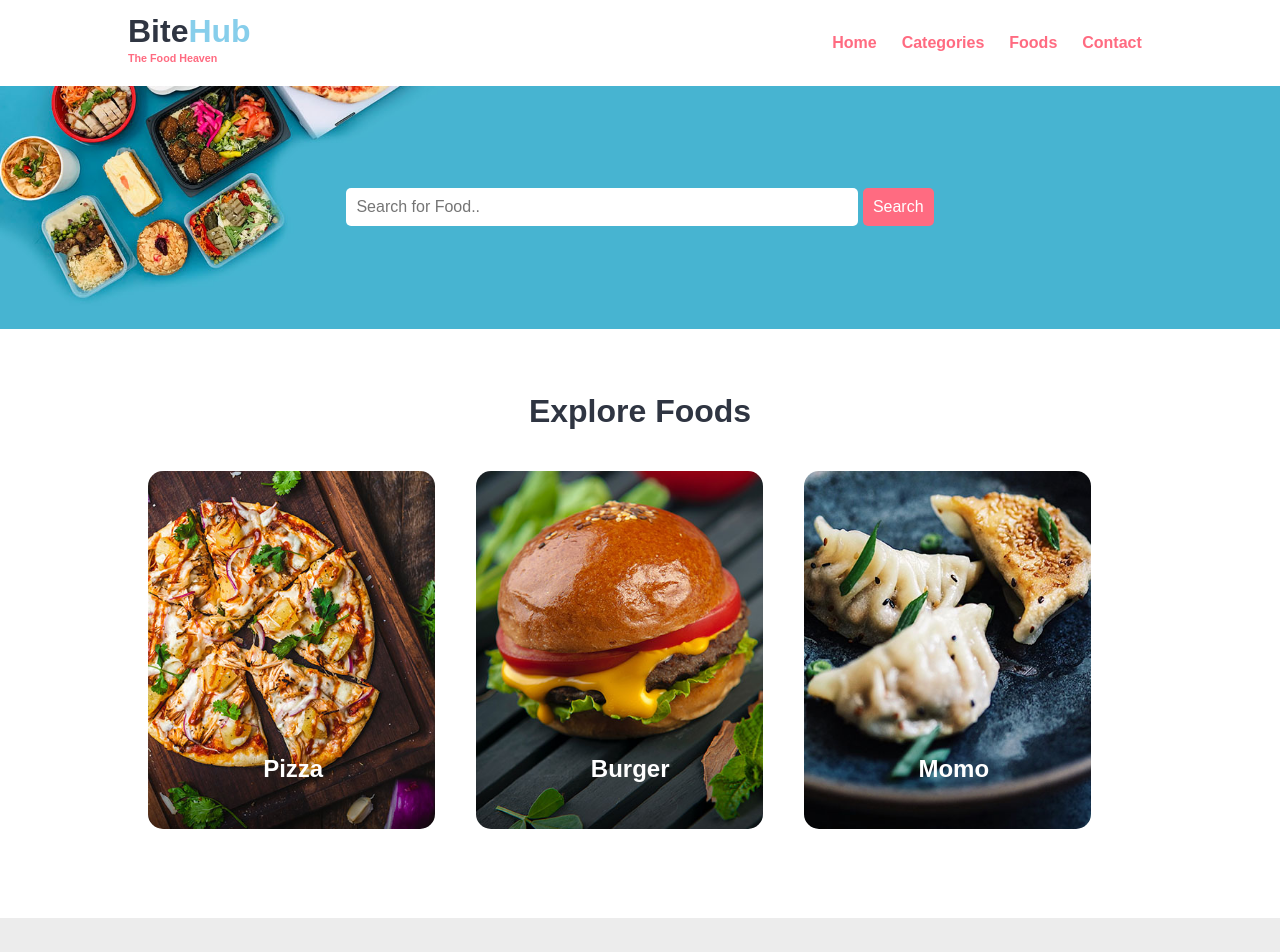
Repository: Saviour-Dagadu/food-order-front
Page: index.html
These files come from the project's save history. The page is drawn as it stood at one moment and after the next save; the edit follows.
The browser window is 1280 px wide. The pictures show the part of the page from y = 0 to 952 px (the page is 2170 px tall).
A picture or video elsewhere on the page could not be fetched, so the positions and the page height are approximate.

Above is the page before, as saved 2024-05-16 11:15:31.

### index.html
<!DOCTYPE html>
<html lang="en">
<head>
    <meta charset="UTF-8">
    <!-- Important to make website responsive -->
    <meta name="viewport" content="width=device-width, initial-scale=1.0">
    <title>Restaurant Website</title>

    <!-- Link our CSS file -->
    <link rel="stylesheet" href="css/style.css">
</head>

<body>
    <!-- Navbar Section Starts Here -->
    <section class="navbar">
        <div class="container">
            <div class="logo">
                <a href="#" title="Logo">
                    <h2>Bite<span>Hub</span></h2><h6><span>The Food Heaven</span></h6>
                    <!-- <img src="images/logo.png" alt="Restaurant Logo" class="img-responsive"> -->
                </a>
            </div>

            <div class="menu text-right">
                <ul>
                    <li>
                        <a href="index.html">Home</a>
                    </li>
                    <li>
                        <a href="categories.html">Categories</a>
                    </li>
                    <li>
                        <a href="foods.html">Foods</a>
                    </li>
                    <li>
                        <a href="contact.html">Contact</a>
                    </li>
                </ul>
            </div>

            <div class="clearfix"></div>
        </div>
    </section>
    <!-- Navbar Section Ends Here -->

    <!-- fOOD sEARCH Section Starts Here -->
    <section class="food-search text-center">
        <div class="container">

            <form action="underConstruction.html" method="POST">
                <input type="search" name="search" placeholder="Search for Food.." required>
                <input type="submit" name="submit" value="Search" class="btn btn-primary">
            </form>

        </div>
    </section>
    <!-- fOOD sEARCH Section Ends Here -->

    <!-- CAtegories Section Starts Here -->
    <section class="categories">
        <div class="container">
            <h2 class="text-center">Explore Foods</h2>

            <a href="category-foods.html">
            <div class="box-3 float-container">
                <img src="images/pizza.jpg" alt="Pizza" class="img-responsive img-curve">

                <h3 class="float-text text-white">Pizza</h3>
            </div>
            </a>

            <a href="#">
            <div class="box-3 float-container">
                <img src="images/burger.jpg" alt="Burger" class="img-responsive img-curve">

                <h3 class="float-text text-white">Burger</h3>
            </div>
            </a>

            <a href="#">
            <div class="box-3 float-container">
                <img src="images/momo.jpg" alt="Momo" class="img-responsive img-curve">

                <h3 class="float-text text-white">Momo</h3>
            </div>
            </a>

            <div class="clearfix"></div>
        </div>
    </section>
    <!-- Categories Section Ends Here -->

    <!-- fOOD MEnu Section Starts Here -->
    <section class="food-menu">
        <div class="container">
            <h2 class="text-center">Food Menu</h2>

            <div class="food-menu-box">
                <div class="food-menu-img">
                    <img src="images/menu-pizza.jpg" alt="Chicke Hawain Pizza" class="img-responsive img-curve">
                </div>

                <div class="food-menu-desc">
                    <h4>Pizza</h4>
                    <p class="food-price">Ghc 50</p>
                    <p class="food-detail">
                        Made with Italian Sauce, Chicken, and organice vegetables.
                    </p>
                    <br>

                    <a href="order.html" class="btn btn-primary">Order Now</a>
                </div>
            </div>

            <div class="food-menu-box">
                <div class="food-menu-img">
                    <img src="images/menu-burger.jpg" alt="Chicke Hawain Pizza" class="img-responsive img-curve">
                </div>

                <div class="food-menu-desc">
                    <h4>Smoky Burger</h4>
                    <p class="food-price">Ghc 20</p>
                    <p class="food-detail">
                        Made with Italian Sauce, Chicken, and organice vegetables.
                    </p>
                    <br>

                    <a href="order.html" class="btn btn-primary">Order Now</a>
                </div>
            </div>

            <div class="food-menu-box">
                <div class="food-menu-img">
                    <img src="images/menu-burger.jpg" alt="Chicke Hawain Burger" class="img-responsive img-curve">
                </div>

                <div class="food-menu-desc">
                    <h4>Nice Burger</h4>
                    <p class="food-price">Ghc 20</p>
                    <p class="food-detail">
                        Made with Italian Sauce, Chicken, and organize vegetables.
                    </p>
                    <br>

                    <a href="order.html" class="btn btn-primary">Order Now</a>
                </div>
            </div>



            <!-- <div class="food-menu-box">
                <div class="food-menu-img">
                    <img src="images/menu-pizza.jpg" alt="Chicke Hawain Pizza" class="img-responsive img-curve">
                </div>

                <div class="food-menu-desc">
                    <h4>Food Title</h4>
                    <p class="food-price">$2.3</p>
                    <p class="food-detail">
                        Made with Italian Sauce, Chicken, and organice vegetables.
                    </p>
                    <br>

                    <a href="order.html" class="btn btn-primary">Order Now</a>
                </div>
            </div> -->

            <div class="food-menu-box">
                <div class="food-menu-img">
                    <img src="images/menu-momo.jpg" alt="Chicke Hawain Momo" class="img-responsive img-curve">
                </div>

                <div class="food-menu-desc">
                    <h4>Chicken Steam Momo</h4>
                    <p class="food-price">Ghc 50</p>
                    <p class="food-detail">
                        Made with Italian Sauce, Chicken, and organice vegetables.
                    </p>
                    <br>

                    <a href="order.html" class="btn btn-primary">Order Now</a>
                </div>
            </div>


            <div class="clearfix"></div>



        </div>

        <p class="text-center">
            <a href="#">See All Foods</a>
        </p>
    </section>
    <!-- fOOD Menu Section Ends Here -->

    <!-- social Section Starts Here -->
<section class="social">
	<div class="container text-center">
		<ul>
			<li>
				<a href="https://www.facebook.com/saviou/"><img src="https://img.icons8.com/fluent/50/000000/facebook-new.png"/></a>
			</li>
			<li>
				<a href="https://www.instagram.com/saviour_dagadu/"><img src="https://img.icons8.com/fluent/48/000000/instagram-new.png"/></a>
			</li>
			<li>
				<a href="https://twitter.com/savicode"><img src="https://img.icons8.com/fluent/48/000000/twitter.png"/></a>
			</li>
		</ul>
	</div>
</section>
<!-- social Section Ends Here -->

<!-- footer Section Starts Here -->
<section class="footer">
	<div class="container text-center">
		<p>All rights reserved. Designed By <a href="https://saviourdagadu.netlify.app/">@savicode</a></p>
	</div>
</section>
<!-- footer Section Ends Here -->

</body>
</html>

### css/style.css
/*
    Author: Vijay Thapa;
    Theme: Restaurant Food Order;
    version: 1.0;
*/

/* CSS for All */
*{
    margin: 0 0;
    padding: 0 0;
    font-family: Arial, Helvetica, sans-serif;
}
.container{
    width: 80%;
    margin: 0 auto;
    padding: 1%;
}
.img-responsive{
    width: 100%;
}
.img-curve{
    border-radius: 15px;
}

.text-right{
    text-align: right;
}
.text-center{
    text-align: center;
}
.text-left{
    text-align: left;
}
.text-white{
    color: white;
}

.clearfix{
    clear: both;
    float: none;
}

a{
    color: #ff6b81;
    text-decoration: none;
}
a:hover{
    color: #ff4757;
}

.btn{
    padding: 1%;
    border: none;
    font-size: 1rem;
    border-radius: 5px;
}
.btn-primary{
    background-color: #ff6b81;
    color: white;
    cursor: pointer;
}
.btn-primary:hover{
    color: white;
    background-color: #ff4757;
}
h2{
    color: #2f3542;
    font-size: 2rem;
    margin-bottom: 2%;
}
h3{
    font-size: 1.5rem;
}
.float-container{
    position: relative;
}
.float-text{
    position: absolute;
    bottom: 50px;
    left: 40%;
}
fieldset{
    border: 1px solid white;
    margin: 5%;
    padding: 3%;
    border-radius: 5px;
}


/* CSSS for navbar section */

.logo{
    width: 10%;
    float: left;
}
.logo h2 span{
    color: skyblue;
}
.menu{
    line-height: 60px;
}
.menu ul{
    list-style-type: none;
}

.menu ul li{
    display: inline;
    padding: 1%;
    font-weight: bold;
}


/* CSS for Food SEarch Section */

.food-search{
    background-image: url(../images/bg.jpg);
    background-size: cover;
    background-repeat: no-repeat;
    background-position: center;
    padding: 7% 0;
}

.food-search input[type="search"]{
    width: 50%;
    padding: 1%;
    font-size: 1rem;
    border: none;
    border-radius: 5px;
}


/* CSS for Categories */
.categories{
    padding: 4% 0;
}

.box-3{
    width: 28%;
    float: left;
    margin: 2%;
}


/* CSS for Food Menu */
.food-menu{
    background-color: #ececec;
    padding: 4% 0;
}
.food-menu-box{
    width: 43%;
    margin: 1%;
    padding: 2%;
    float: left;
    background-color: white;
    border-radius: 15px;
}

.food-menu-img{
    width: 20%;
    float: left;
}

.food-menu-desc{
    width: 70%;
    float: left;
    margin-left: 8%;
}

.food-price{
    font-size: 1.2rem;
    margin: 2% 0;
}
.food-detail{
    font-size: 1rem;
    color: #747d8c;
}


/* CSS for Social */
.social ul{
    list-style-type: none;
}
.social ul li{
    display: inline;
    padding: 1%;
}

/* for Order Section */
.order{
    width: 50%;
    margin: 0 auto;
}
.input-responsive{
    width: 96%;
    padding: 1%;
    margin-bottom: 3%;
    border: none;
    border-radius: 5px;
    font-size: 1rem;
}
.order-label{
    margin-bottom: 1%;
    font-weight: bold;
}

/* Contact Section*/

#info{
    padding: 30px 0;
}

#info .container{
     display: flex;
}

#info .info{
    width: 28%;
    height: 300px;
    border-radius: 10px;
    overflow: hidden;

}

#info .info-text{
    border: 1px solid lightgray;
    padding: 10px;
}

#info .info-text h4{
    margin: 5px;
}

#info .info-text .info-text-call{
    margin-bottom: 20px;
}

#info .info-image{
margin-right: 10px;
overflow: hidden;
box-shadow: 0 0 5px #333;
transform: scale (1.04);
transition: all .4s ease-in-out;
}

#info .info-image:hover{
transform: translateY(-15px) scale(1.1);
box-shadow: 0 0 10px #333;
}
#info .info-image img{
max-width: 100%;
height: auto
}

#info .info-image:hover .info-image img{
opacity: 1;
}

       /* message Section */
#message{
    padding: 30px 0;
    background-color: lightgray;
}

#message .message-top{
    text-align: center;
    margin-bottom: 20px;
}

#message .message-top h3{
    text-transform: uppercase;
    margin: 0;
}

#message .message-top h3::after{
    content: "";
    display: block;
    width: 50px;
    height: 3px;
    background-color: gray;
    margin: 10px auto 0;
}

#message .message-bottom{
    color: black;
}

#message .message-bottom label{
    display: block;
    font-size: 17px;
    font-weight: 500;
    margin-bottom: 5px;
}

#message .message-bottom .form-group{
    margin-bottom: 10px;
}

#message .message-bottom .input{
    display: block;
    height: 40px;
    border-radius: 5px;
    border: 1px solid brown;
    padding-left: 10px;
    padding-right: 10px;
    width: 100%;
    font-size: 15px;
    font-family: 'Segoe UI', Tahoma, Geneva, Verdana, Sans-serif;
}

#message .message-bottom input,
#message .message-bottom textarea,
#message .message-bottom button{
    outline: none;
}

#message  textarea{
    width: 100%;
    height: 200px;
    border-radius: 5px;
    border: 1px solid brown;
    background-color: white;
    padding: 5px 10px;
    font: 15px 'Segoe UI', Tahoma, Geneva, Verdana, Sans-serif;
}

#message .message-bottom .btn{
    padding: 10px 20px;
    background-color: brown;
    text-transform: uppercase;
    font: 15px 'Segoe UI', Tahoma, Geneva, Verdana, Sans-serif;
    border: none;
    border-radius: 5px;
    font-weight: 500;
    color: #fff;
    cursor: pointer;
}


/* CSS for Mobile Size or Smaller Screen */

@media only screen and (max-width:768px){
    .logo{
        width: 80%;
        float: none;
        margin: 1% auto;
    }

    .menu ul{
        text-align: center;
    }

    .food-search input[type="search"]{
        width: 90%;
        padding: 2%;
        margin-bottom: 3%;
    }

    .btn{
        width: 91%;
        padding: 2%;
    }

    .food-search{
        padding: 10% 0;
    }

    .categories{
        padding: 20% 0;
    }
    h2{
        margin-bottom: 10%;
    }
    .box-3{
        width: 100%;
        margin: 4% auto;
    }

    .food-menu{
        padding: 20% 0;
    }

    .food-menu-box{
        width: 90%;
        padding: 5%;
        margin-bottom: 5%;
    }
    .social{
        padding: 5% 0;
    }
    .order{
        width: 100%;
    }
}

After the next save:
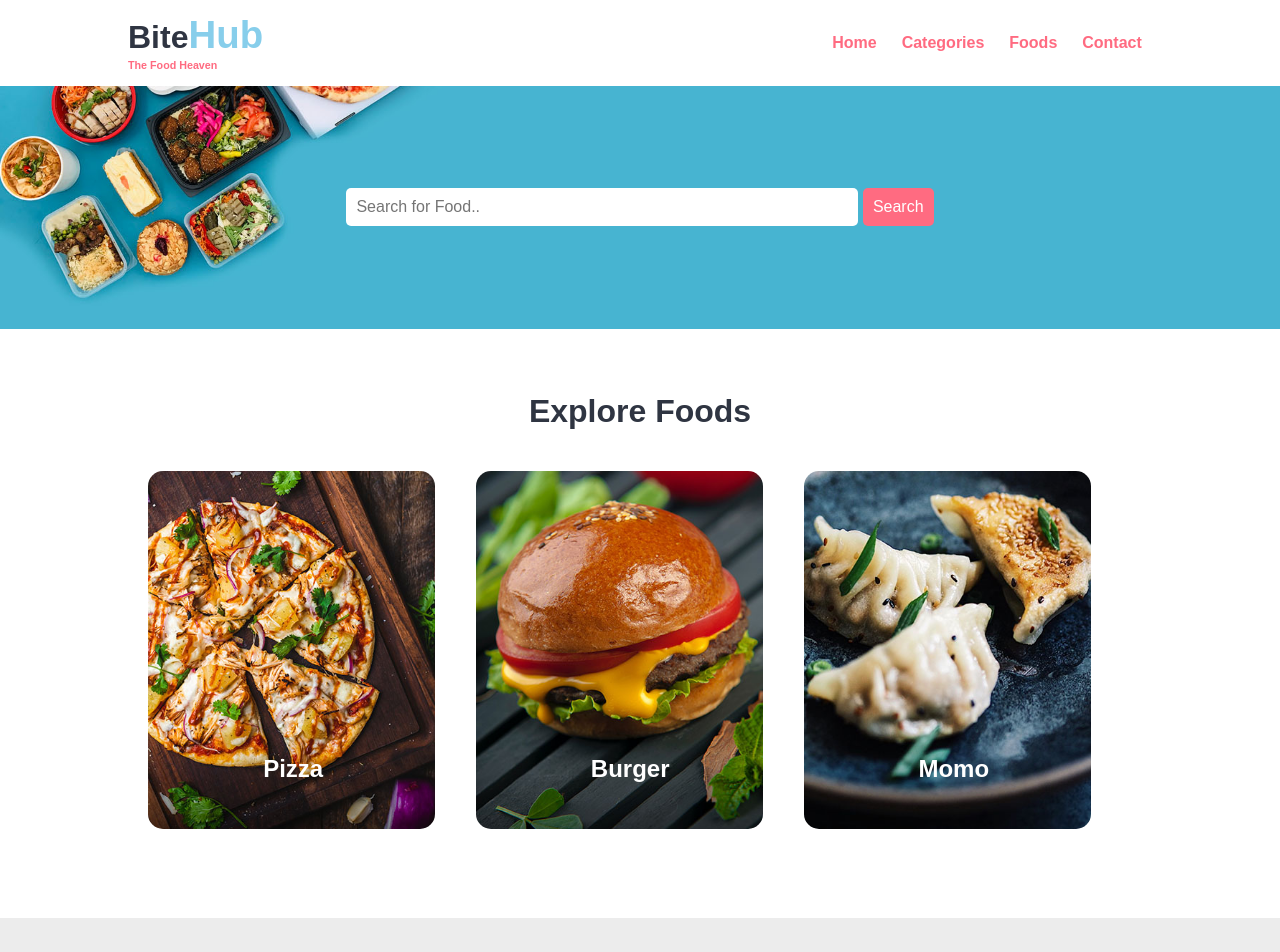
Saved 54 s later.
--- a/css/style.css
+++ b/css/style.css
@@ -95,6 +95,7 @@
 }
 .logo h2 span{
     color: skyblue;
+    font-size: larger;
 }
 .menu{
     line-height: 60px;

After the save that followed:
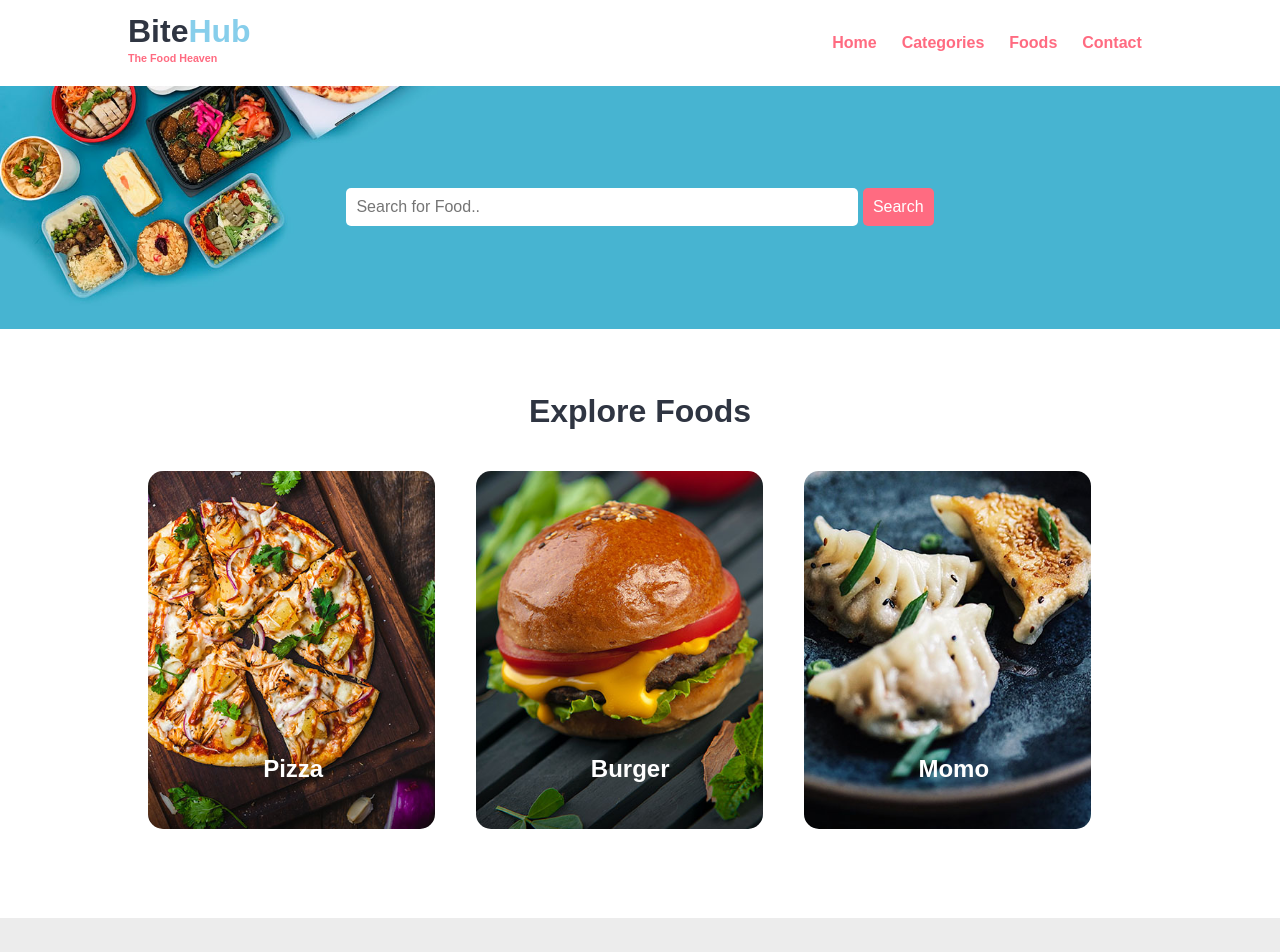
Saved 40 s later.
--- a/css/style.css
+++ b/css/style.css
@@ -95,7 +95,7 @@
 }
 .logo h2 span{
     color: skyblue;
-    font-size: larger;
+    font-size: xx-large;
 }
 .menu{
     line-height: 60px;
